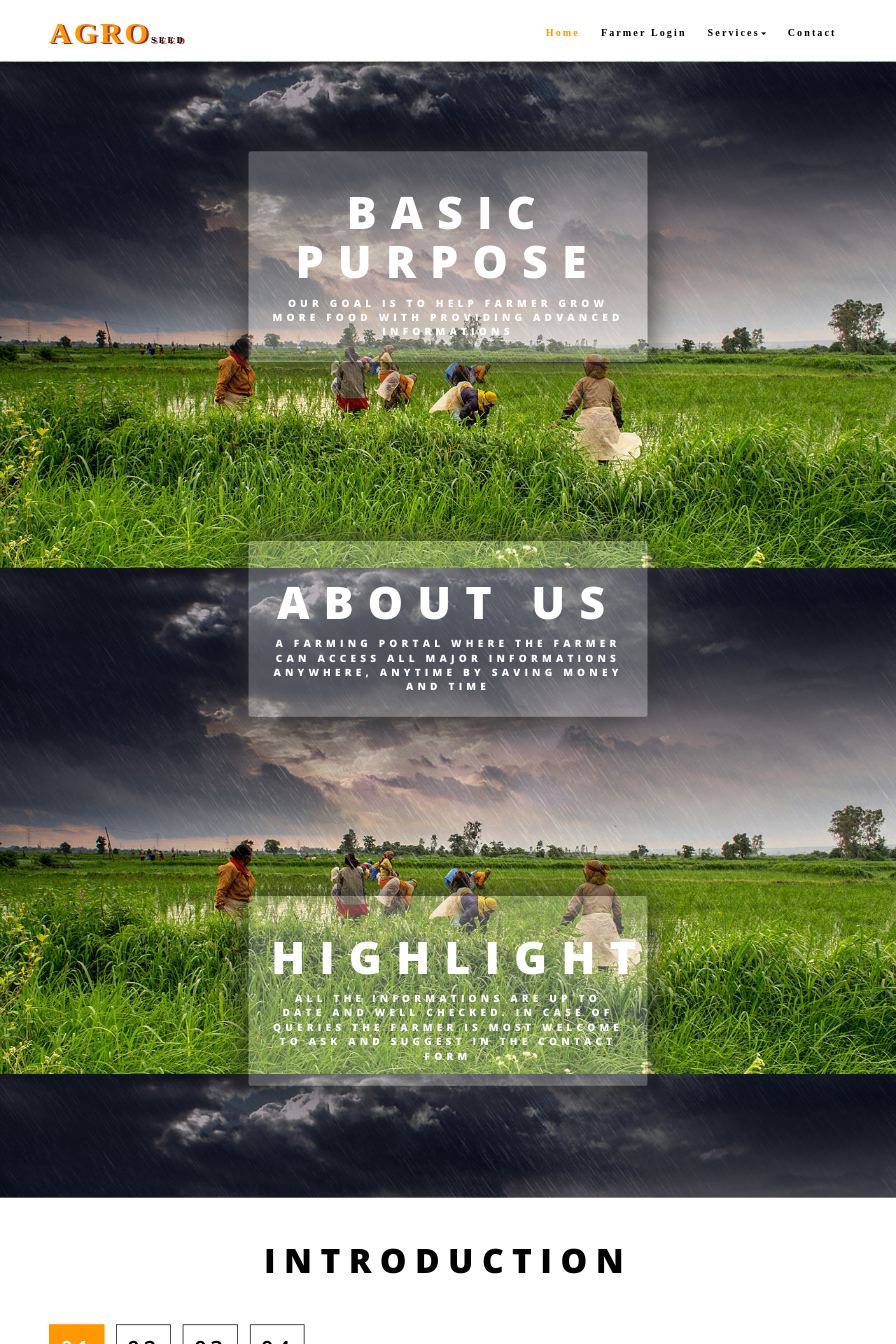
Repository: harshh-cloud/Academic--Project
Page: http://localhost/AgroSeed/
An editor plug-in stored every save of this project. The page is shown before and after the next save, followed by the edit.
The browser window is 1280 px wide. The pictures show the part of the page from y = 0 to 1920 px (the page is 2727 px tall before and 1293 px after), at 70% of full size.
Some web fonts or font styles are not loaded; a fallback is used. The page is served by Tomcat 9.

Above is the page before, as saved 2025-03-10 15:33:46.
Console error: TypeError: $(...).responsiveSlides is not a function

### Workspace/AgroSeed/src/main/webapp/index.jsp
<%@ page language="java" contentType="text/html; charset=ISO-8859-1"
    pageEncoding="ISO-8859-1"%>
<!DOCTYPE html PUBLIC "-//W3C//DTD HTML 4.01 Transitional//EN" "http://www.w3.org/TR/html4/loose.dtd">
<html>
<head>
<meta http-equiv="Content-Type" content="text/html; charset=ISO-8859-1">
<meta charset="ISO-8859-1">
<title>Insert title here</title>
<link href="css/bootstrap.css" rel="stylesheet" type="text/css" media="all" />
<!--// bootstrap-css -->
<!-- css -->
<link rel="stylesheet" href="css/style.css" type="text/css" media="all" />
<!--// css -->
<!-- font-awesome icons -->
<link href="css/font-awesome.css" rel="stylesheet">
<!-- //font-awesome icons -->
<!-- font -->
<link href="http://fonts.googleapis.com/css?family=Laila:300,400,500,600,700" rel="stylesheet">
<link href="http://fonts.googleapis.com/css?family=Open+Sans:300,300i,400,400i,600,600i,700,700i,800,800i" rel="stylesheet">
<!-- //font -->
<script src="js/jquery-1.11.1.min.js"></script>
<script src="js/bootstrap.js"></script>
 <script type="text/javascript">
	jQuery(document).ready(function($) {
		$(".scroll").click(function(event){
			event.preventDefault();
			$('html,body').animate({scrollTop:$(this.hash).offset().top},1000);
		});
	});
</script>
<style>
#logo{
      text-shadow: 3px 2px brown;
      }
 .banner-slider
 {
 background-image: url("image/farmer.jpg");
 padding-bottom: 2em;
 }
</style>
</head>
<body>

	<div class="banner">
		<div class="head">
			<div class="container">
					<div class="navbar-top">
							<!-- Brand and toggle get grouped for better mobile display -->
							<div class="navbar-header">
							 <button type="button" class="navbar-toggle collapsed" data-toggle="collapse" data-target="#bs-example-navbar-collapse-1">
								<span class="sr-only">Toggle navigation</span>
								<span class="icon-bar"></span>
								<span class="icon-bar"></span>
								<span class="icon-bar"></span>
							  </button>

								 <div class="navbar-brand logo " >
									<h1 class="animated wow pulse" data-wow-delay=".5s">
									<a href="index.html" id="logo">Agro<span>Seed</span></a></h1>
								</div>
                       </div>

							<div class="collapse navbar-collapse" id="bs-example-navbar-collapse-1">
							 <ul class="nav navbar-nav link-effect-4">
							    <li class="active"><a href="index.html" data-hover="Home">Home</a> </li>
							   <!-- <li><a href="about.html" data-hover="About">About </a> </li> -->
								<li><a href="user/login.jsp" data-hover="Farmer Login">Farmer Login</a></li>
								<li class="dropdown">
								    <a href="codes.html" class="dropdown-toggle" data-hover="services" data-toggle="dropdown">Services<b class="caret"></b></a>
									        <ul class="dropdown-menu">
										       <li><a href="land details.jsp">Land details</a></li>
										       <li><a href="crop details.jsp">Crop details</a></li>
										       <li><a href="monsoon details.jsp">Monsoon details</a></li>
										    </ul>
							    </li>
								<li><a href="user/contact1.jsp" data-hover="Contact">Contact</a></li>
							  </ul>
							</div><!-- /.navbar-collapse -->
						</div>
					  <div class="clearfix"></div>
			</div>
		</div>

		<div class="banner-slider">
					<div class="slider">
						<div class="callbacks_container">
							<ul class="rslides callbacks callbacks1" id="slider4">
								<li>
									<div class="jarallax agileits-banner-info">
										<div class="container">
											<div class="w3ls-banner-shadow">
												<h3>Basic Purpose</h3>
												<p>Our goal is to help farmer grow more food with providing advanced informations</p>
											</div>
										</div>
									</div>
								</li>
								<li>
									<div class="jarallax agileits-banner-info agileits-banner-info2">
										<div class="container">
											<div class="w3ls-banner-shadow">
												<h3>About Us</h3>
												<p>A farming portal where the farmer can access all major informations anywhere, anytime by saving money and time</p>
											</div>
										</div>
									</div>
								</li>
								<li>
									<div class="jarallax agileits-banner-info agileits-banner-info2">
										<div class="container">
											<div class="w3ls-banner-shadow">
												<h3>Highlight</h3>
												<p>All the informations are up to date and well checked. In case of queries the farmer is most welcome to ask and suggest in the contact form</p>
											</div>
										</div>
									</div>
								</li>
							</ul>
						</div>
						<div class="clearfix"> </div>
						<script src="js/responsiveslides.min.js"></script>
						<script>
							// You can also use "$(window).load(function() {"
							$(function () {
							  // Slideshow 4
							  $("#slider4").responsiveSlides({
								auto: true,
								pager:true,
								nav:false,
								speed: 1000,
								namespace: "callbacks",
								before: function () {
								  $('.events').append("<li>before event fired.</li>");
								},
								after: function () {
								  $('.events').append("<li>after event fired.</li>");
								}
							  });

							});
						 </script>
						<!--banner Slider starts Here-->
					</div>
			</div>
			<!-- //banner-slider -->
	</div>

			<div class="welcome">
		<div class="container">
			<div class="agileits-heading">
				<h2>Introduction</h2>
			</div>
				<div class="bs-example bs-example-tabs welcome-tabs" role="tabpanel" data-example-id="togglable-tabs">
					<ul id="myTab" class="nav nav-tabs" role="tablist">
						<li role="presentation" class="active"><a href="#home" id="home-tab" role="tab" data-toggle="tab" aria-controls="home" aria-expanded="true">01</a></li>
						<li role="presentation" class=""><a href="#Feature1" role="tab" id="Feature1-tab" data-toggle="tab" aria-controls="Feature1" aria-expanded="false">02</a></li>
						<li role="presentation" class=""><a href="#Feature2" role="tab" id="Feature2-tab" data-toggle="tab" aria-controls="Feature2" aria-expanded="false">03</a></li>
						<li role="presentation" class=""><a href="#Feature3" role="tab" id="Feature3-tab" data-toggle="tab" aria-controls="Feature3" aria-expanded="false">04</a></li>
					</ul>
					<div id="myTabContent" class="tab-content">
						<div role="tabpanel" class="tab-pane fade active in" id="home" aria-labelledby="home-tab">
						<div class="w3agile_tabs">
								<div class="col-md-5 w3agile_tab_right w3agile_tab_right2">
									<img src="images/7.jpg" alt=" " class="img-responsive" />
								</div>
								<div class="col-md-7 w3agile_tab_left">
									<h4>Home</h4>
									<p> AgrooSeed empowers farmers and seeks to lift them out of poverty using cheap, affordable technology and democratizing the access to knowledge that can help them grow more food.
But today the world has amazing technology. The world also has a lot more knowledge of growing more food. Here we aim to make some of this available to our farmers easily.</p>

								</div>
								<div class="clearfix"> </div>
							</div>
						</div>
						<div role="tabpanel" class="tab-pane fade" id="Feature1" aria-labelledby="Feature1-tab">
							<div class="w3agile_tabs">
								<div class="col-md-7 w3agile_tab_left">
									<h4>About</h4>
									<p>AgroSeed suggestions on which fertilizers and pesticides to use where and how much. It also tells about the water requirements of the crops. It also tells which crop, herb or vegetable is to be grown on what soil type and in which season.</p>
								</div>
								<div class="col-md-5 w3agile_tab_right w3agile_tab_right1">
									<img src="images/6.jpg" alt=" " class="img-responsive" />
								</div>
								<div class="clearfix"> </div>
							</div>
						</div>
						<div role="tabpanel" class="tab-pane fade" id="Feature2" aria-labelledby="Feature2-tab">
							<div class="w3agile_tabs">
								<div class="col-md-5 w3agile_tab_right w3agile_tab_right2">
									<img src="images/5.jpg" alt=" " class="img-responsive" />
								</div>
								<div class="col-md-7 w3agile_tab_left">
									<h4>Services</h4>
									<p>In Land details farmer can know about the features of his soil type and what crops are to be grown in them.</p>
									<p>In Crop details farmer can know all the deatils for his crop like its nature, water requirements, fertilizers and pesticides to use.</p>
									<p>In Crop types farmer can search for which crops to produce in which monsoon and arround what time to sow and harvest it.</p>

								</div>
								<div class="clearfix"> </div>
							</div>
						</div>
						<div role="tabpanel" class="tab-pane fade" id="Feature3" aria-labelledby="Feature3-tab"><div class="w3agile_tabs">
								<div class="col-md-7 w3agile_tab_left">
									<h4>Contact</h4>
									<p>Here a farmer can search for the sol testing locations and in case of any queries he can also contact the admin through messaging and will get the reply from him through call.</p>

								</div>
								<div class="col-md-5 w3agile_tab_right w3agile_tab_right1">
									<img src="images/4.jpg" alt=" " class="img-responsive" />
								</div>
								<div class="clearfix"> </div>
							</div>
						</div>
					</div>
				</div>
		</div>
	</div>


			<script src="js/jarallax.js"></script>
	<script src="js/SmoothScroll.min.js"></script>
	<script type="text/javascript">
		/* init Jarallax */
		$('.jarallax').jarallax({
			speed: 0.5,
			imgWidth: 1366,
			imgHeight: 768
		})
	</script>
	<script type="text/javascript" src="js/move-top.js"></script>
	<script type="text/javascript" src="js/easing.js"></script>

<jsp:include page="user/footer.jsp" />
</body>
</html>

### Workspace/AgroSeed/src/main/webapp/user/footer.jsp
<%@ page language="java" contentType="text/html; charset=ISO-8859-1"
    pageEncoding="ISO-8859-1"%>
<!DOCTYPE html PUBLIC "-//W3C//DTD HTML 4.01 Transitional//EN" "http://www.w3.org/TR/html4/loose.dtd">
<html>
<head>
<meta http-equiv="Content-Type" content="text/html; charset=ISO-8859-1">
<meta charset="ISO-8859-1">
<title>Insert title here</title>
<link href="../css/bootstrap.css" rel="stylesheet" type="text/css" media="all" />
<!--// bootstrap-css -->
<!-- css -->
<link rel="stylesheet" href="../css/style.css" type="text/css" media="all" />
<!--// css -->
<!-- font-awesome icons -->
<link href="../css/font-awesome.css" rel="stylesheet">
<!-- //font-awesome icons -->
<!-- font -->
<link href="http://fonts.googleapis.com/css?family=Laila:300,400,500,600,700" rel="stylesheet">
<link href="http://fonts.googleapis.com/css?family=Open+Sans:300,300i,400,400i,600,600i,700,700i,800,800i" rel="stylesheet">
<!-- //font -->
<script src="../js/jquery-1.11.1.min.js"></script>
<script src="../js/bootstrap.js"></script>
 <script type="text/javascript">
	jQuery(document).ready(function($) {
		$(".scroll").click(function(event){
			event.preventDefault();
			$('html,body').animate({scrollTop:$(this.hash).offset().top},1000);
		});
	});
</script>

</head>
<body>

	<div class="footer" style="width:100%">
		<div class="footer-top">
			<div class="container">
				<div class="footer-grids">
					<div class="col-md-3 footer-grid">
						<div class="footer-logo">
							<h4><a href="index.html">Agro<span>Seed</span></a></h4>
							<p>Farmer Portal which insures them to make the best utilizaton and productivity of their land</p>
						</div>
					</div>
					<div class="col-md-3 footer-grid">
						<h3>Navigation</h3>
						<ul>
						    <li> <a href="../index.jsp">Home</a> </li>
							<li> <a href="about.html">About</a> </li>
							<li> <a href="gallery.html">Gallery</a> </li>
							<li> <a href="login.jsp">Farmer Login</a> </li>
							<li class="dropdown">
								    <a href="codes.html" class="dropdown-toggle" data-toggle="dropdown">Services<b class="caret"></b></a>
									        <ul class="dropdown-menu">
										       <li><a href="icons.html">Land details</a></li>
										       <li><a href="">Crop details</a></li>
										    </ul>
							    </li>

							<li> <a href="contact1.jsp">Contact</a> </li>
						</ul>
					</div>
					<div class="col-md-3 footer-list">
						<h3>Address</h3>
						<ul>
						   <li>Eiusmod Tempor inc </li>
							<li>St Dolore Place,</li>
							<li>San Francisco 56777 </li>
							</ul>

					</div>
					<div class="col-md-3 footer-list">
						<h3>Phone Number</h3>
						<ul >
							<li>+2 123 456 789</li>
							<li>+2 123 456 789</li>
		     			</ul><br/>
		     			<h3>Email ID</h3>
						<ul class="w3agile_footer_grid_list">
							<li><a href="mailto:example@email.com">mail@example.com</a></li>
		     			</ul>
					</div>
					<div class="clearfix"> </div>
				</div>
			</div>
		</div>
	</div>

		<script src="../js/jarallax.js"></script>
	<script src="../js/SmoothScroll.min.js"></script>
	<script type="text/javascript">
		/* init Jarallax */
		$('.jarallax').jarallax({
			speed: 0.5,
			imgWidth: 1366,
			imgHeight: 768
		})
	</script>
	<script type="text/javascript" src="../js/move-top.js"></script>
	<script type="text/javascript" src="../js/easing.js"></script>



</body>
</html>

Loaded but not shown: Workspace/AgroSeed/src/main/webapp/css/bootstrap.css (library); Workspace/AgroSeed/src/main/webapp/css/font-awesome.css (library); Workspace/AgroSeed/src/main/webapp/js/jquery-1.11.1.min.js (library); Workspace/AgroSeed/src/main/webapp/js/bootstrap.js (library); Workspace/AgroSeed/src/main/webapp/js/responsiveslides.min.js (library); Workspace/AgroSeed/src/main/webapp/js/SmoothScroll.min.js (library); Workspace/AgroSeed/src/main/webapp/js/jarallax.js (433 lines, source omitted); Workspace/AgroSeed/src/main/webapp/js/easing.js (140 lines, source omitted); Workspace/AgroSeed/src/main/webapp/js/move-top.js (5 lines, source omitted); Workspace/AgroSeed/src/main/webapp/css/style.css (2464 lines, source omitted)

After the next save:
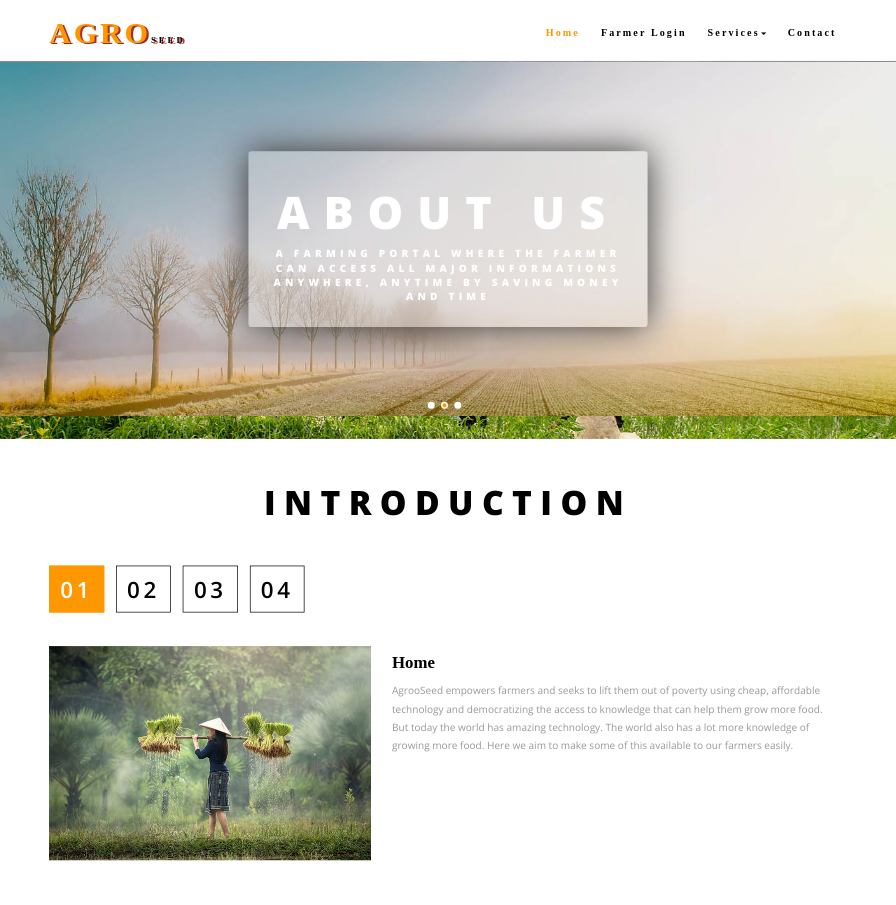
The error is gone.
Saved 37 s later.
--- a/Workspace/AgroSeed/src/main/webapp/index.jsp
+++ b/Workspace/AgroSeed/src/main/webapp/index.jsp
@@ -230,6 +230,6 @@ But today the world has amazing technology. The world also has a lot more knowle
 	<script type="text/javascript" src="js/move-top.js"></script>
 	<script type="text/javascript" src="js/easing.js"></script>
 
-<jsp:include page="user/footer.jsp" />
+
 </body>
 </html>
